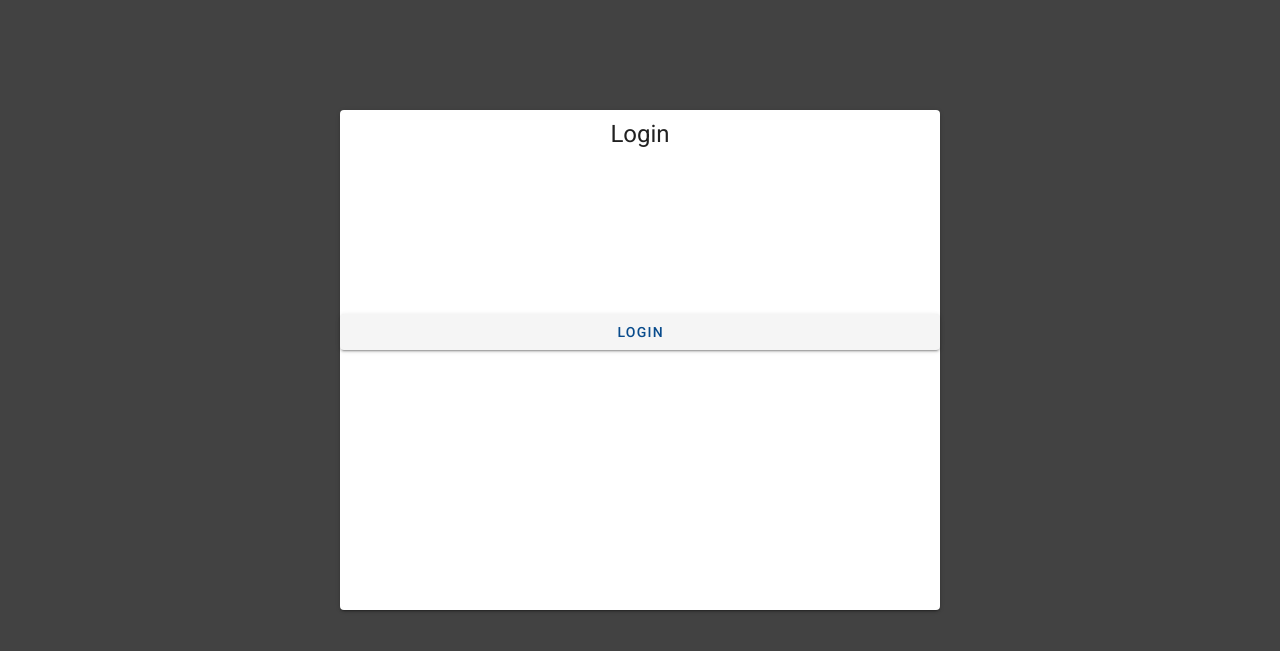
Repository: Grace229/Login
Page: /
The author's editor kept a copy of each file at every save. The page is drawn from the files as they stood at one save, then again after the next save.
The browser window is 1280 px wide. The pictures show the whole page.
The project was rebuilt for these pictures with package versions that can differ from the ones it lists, and the page was loaded fresh each time. Also part of the build but not shown: vue.config.js. Imported but missing from the stored project, and not drawn on this page: src/views/About.vue.

Above is the page before, as saved 2021-02-15 16:41:18.

After the next save:
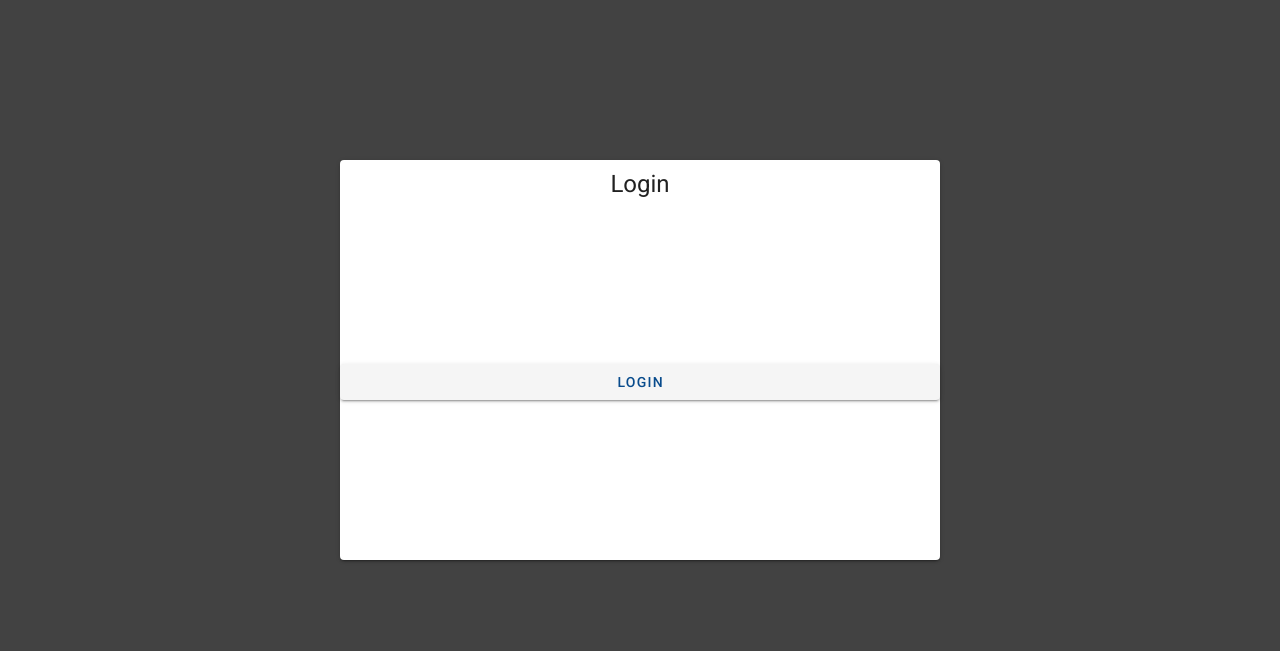
Saved 36 s later.
--- a/src/views/Home.vue
+++ b/src/views/Home.vue
@@ -4,7 +4,7 @@
     class="secondary fill-height white--text d-flex flex-column justify-center pa-4"
   >
     <v-container>
-      <v-card class="mx-auto" max-width="600" height="500">
+      <v-card class="mx-auto" max-width="600" height="400">
         <header>
           <div class="headline text-center py-2">
             Login
